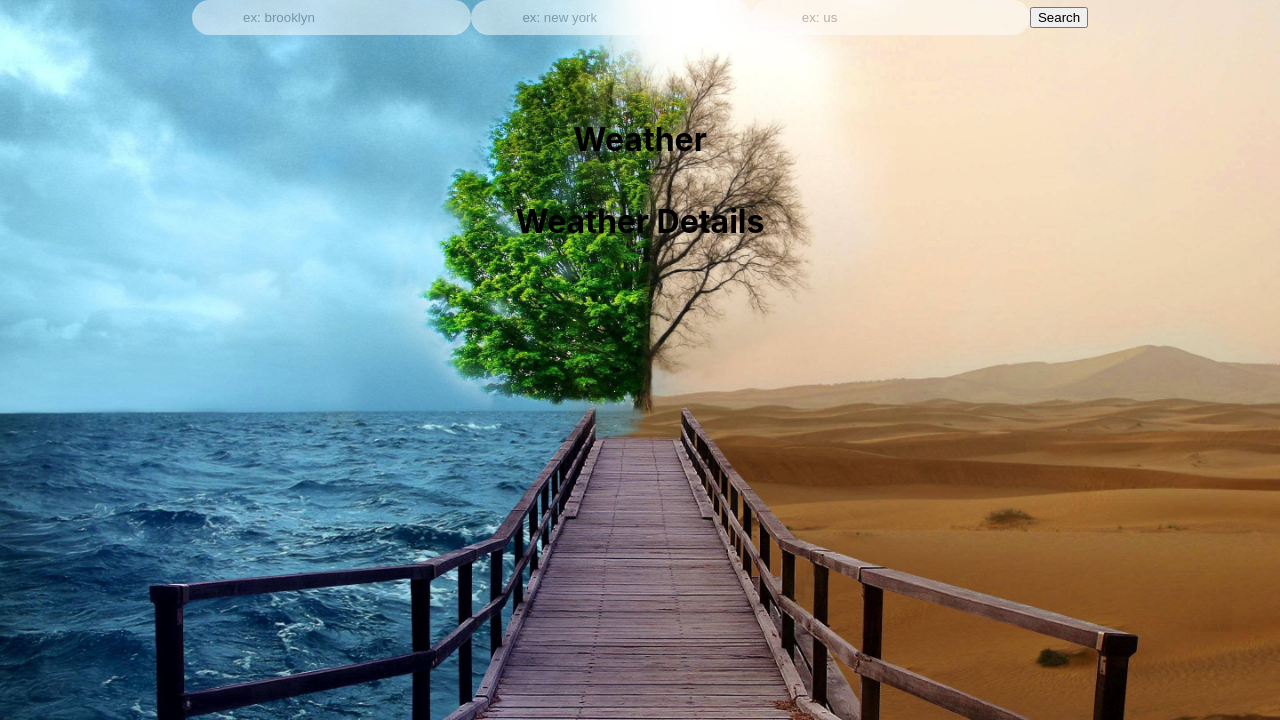
Repository: Mohsin231/Weather_App
Page: /
An editor plug-in stored every save of this project. The page is shown before and after the next save, followed by the edit.
The browser window is 1280 px wide. The pictures show the whole page.
The project was rebuilt for these pictures with package versions that can differ from the ones it lists, and the page was loaded fresh each time.

Above is the page before, as saved 2021-01-25 04:19:07.

After the next save:
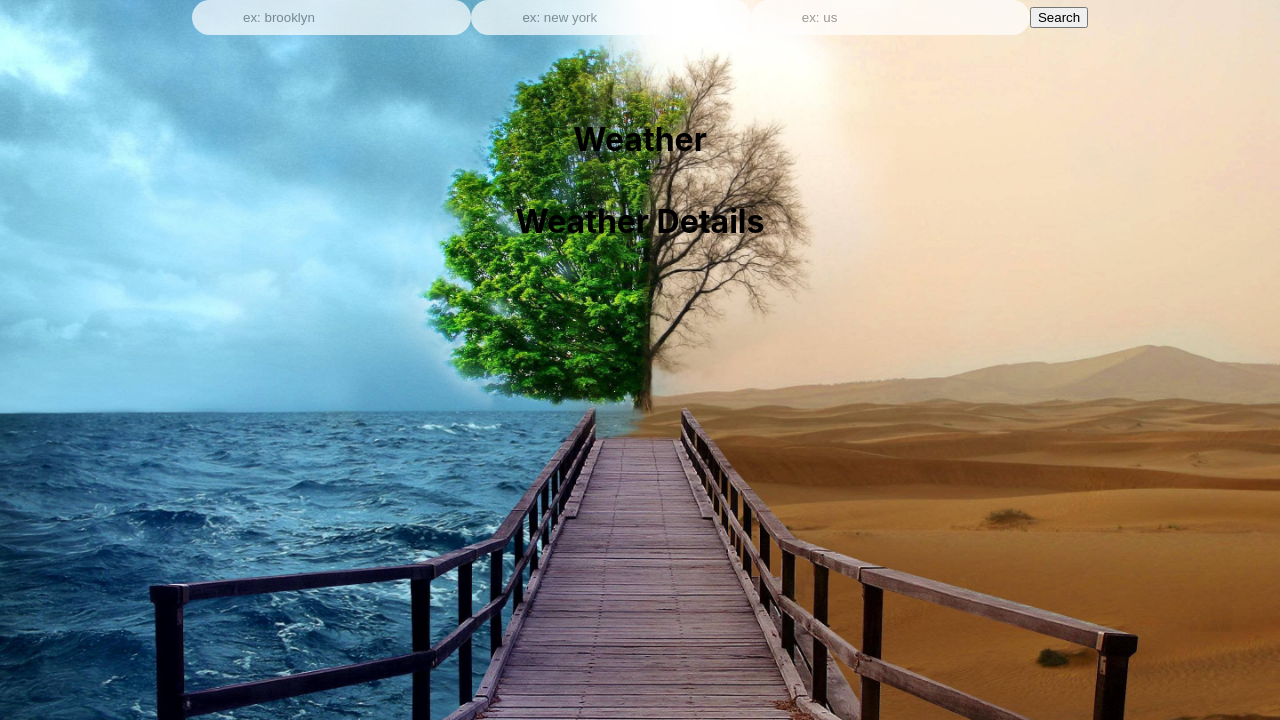
Saved 17 s later.
--- a/src/SearchForm.css
+++ b/src/SearchForm.css
@@ -4,5 +4,5 @@
     border-radius: 20px;
     border: none;
     margin-bottom: 5%;
-    opacity: 0.5;
+    opacity: 0.7;
 }
